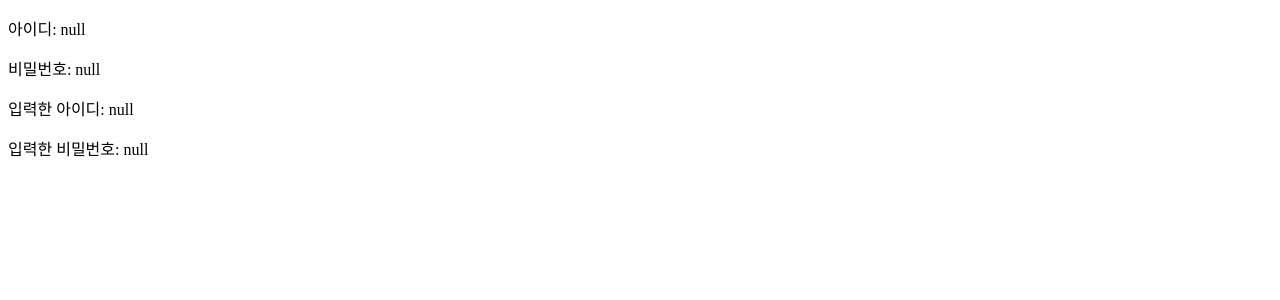
Repository: sieoh/2024html-
Page: http://localhost/jspweb_07/pro_login.jsp
An editor plug-in stored every save of this project. The page is shown before and after the next save, followed by the edit.
The browser window is 1280 px wide. The pictures show the whole page.
The page is served by Tomcat 9. Other server files are loaded and not shown.

Above is the page before, as saved 2024-01-11 02:06:46.

### workspace_sts/jspweb_07/src/main/webapp/pro_login.jsp
<%@ page language="java" contentType="text/html; charset=UTF-8"
    pageEncoding="UTF-8"%>
<!DOCTYPE html>
<html>
<head>
<meta charset="UTF-8">
<title>Insert title here</title>
</head>
<body>
	<%
		String userid = request.getParameter("id");
		String userpw = request.getParameter("pw");

		out.println("<p>아이디: "+userid+"</p>");
		out.println("<p>비밀번호: "+userpw+"</p>");
	%>
	<p>입력한 아이디: <%= userid %></p>
	<p>입력한 비밀번호: <%= userpw %></p>
</body>
</html>

After the next save:
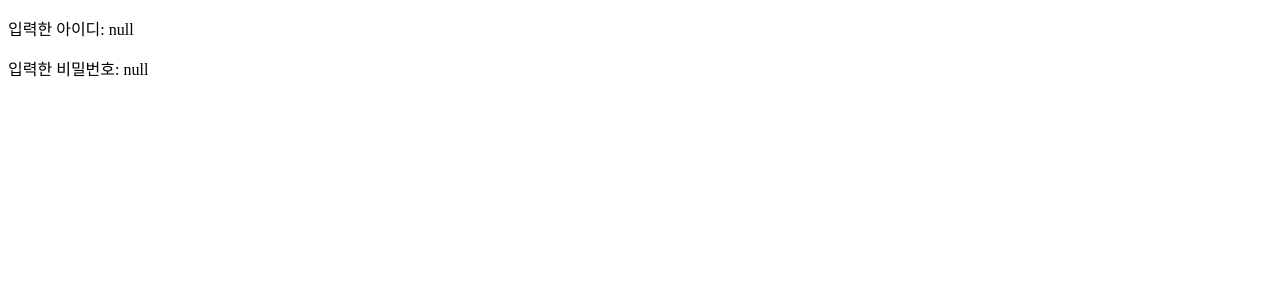
Saved 4 s later.
--- a/workspace_sts/jspweb_07/src/main/webapp/pro_login.jsp
+++ b/workspace_sts/jspweb_07/src/main/webapp/pro_login.jsp
@@ -10,9 +10,6 @@
 	<%
 		String userid = request.getParameter("id");
 		String userpw = request.getParameter("pw");
-
-		out.println("<p>아이디: "+userid+"</p>");
-		out.println("<p>비밀번호: "+userpw+"</p>");
 	%>
 	<p>입력한 아이디: <%= userid %></p>
 	<p>입력한 비밀번호: <%= userpw %></p>
